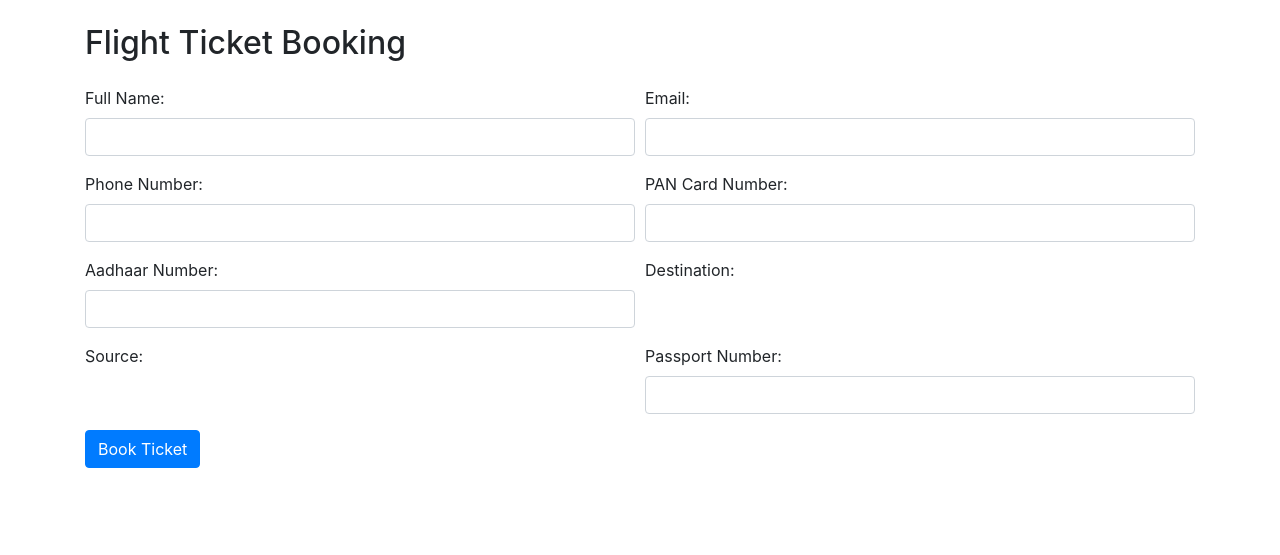
Repository: Hari-mani-don/JavaDynamicProjectWorkspace
Page: http://localhost/Airline/ticketBookingPage.jsp
An editor plug-in stored every save of this project. The page is shown before and after the next save, followed by the edit.
The browser window is 1280 px wide. The pictures show the whole page.
The page is served by Tomcat 9.

Above is the page before, as saved 2024-05-15 22:43:39.

After the next save:
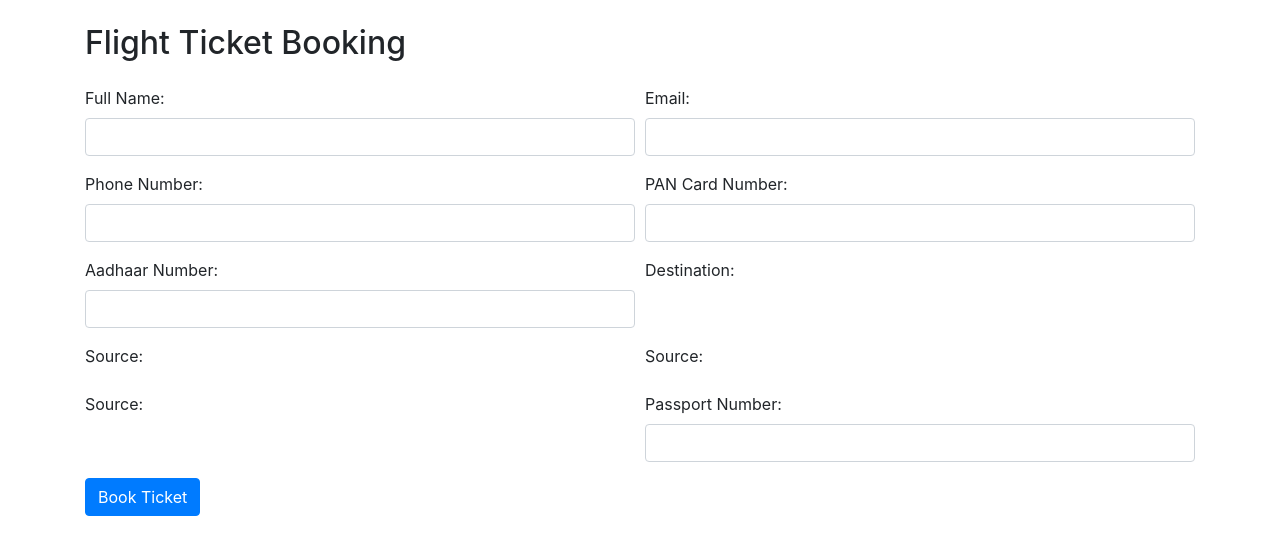
Saved 31 s later.
--- a/Airline/src/main/webapp/ticketBookingPage.jsp
+++ b/Airline/src/main/webapp/ticketBookingPage.jsp
@@ -61,6 +61,14 @@ String time = request.getParameter("time");
 						class="form-control" id="source" name="source" value="<%=source %>" required>
 				</div>
 				<div class="form-group col-md-6">
+					<label for="source">Source:</label> <input type="hidden"
+						class="form-control" id="source" name="source" value="<%=source %>" required>
+				</div>
+				<div class="form-group col-md-6">
+					<label for="source">Source:</label> <input type="hidden"
+						class="form-control" id="source" name="source" value="<%=source %>" required>
+				</div>
+				<div class="form-group col-md-6">
 					<label for="passport">Passport Number:</label> <input type="number"
 						class="form-control" id="passport" name="passport" required>
 				</div>
